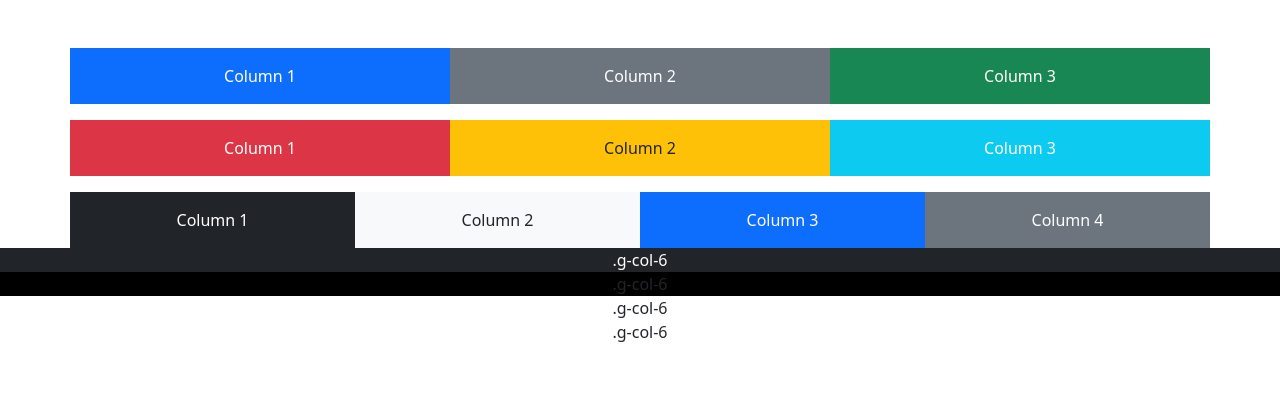
Repository: arunyerram/Web-TEChnologies
Page: grid.html
An editor plug-in stored every save of this project. The page is shown before and after a run of saves, followed by the edit.
The browser window is 1280 px wide. The pictures show the whole page.

Above is the page before, as saved 2025-02-25 12:58:09.

After the next 4 saves:
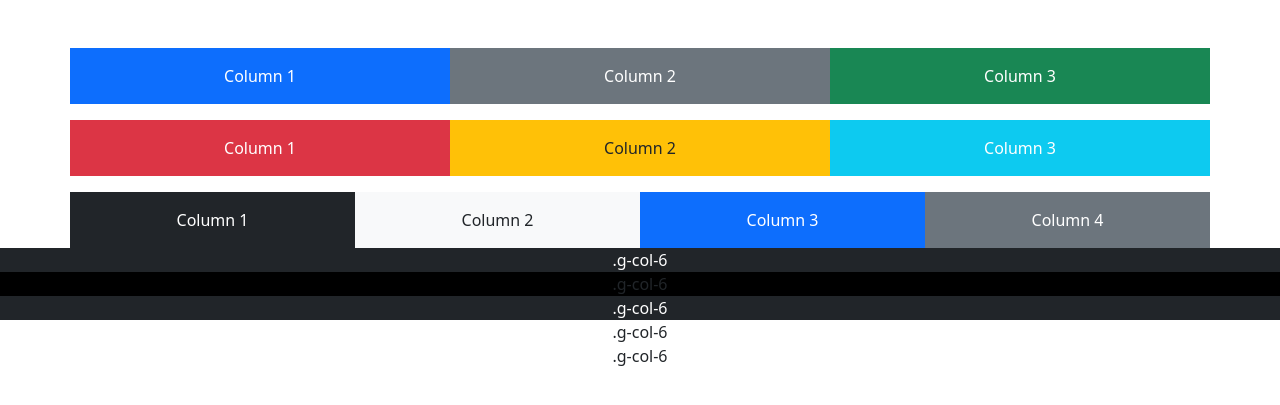
The 4 saves are shown as one change because they came seconds apart.
The last was saved 17 s later.
--- a/grid.html
+++ b/grid.html
@@ -33,8 +33,10 @@
     </div>
 
     <div class="grid text-center">
-        <div class="g-col-6 bg-dark text-white p-">.g-col-6</div>
-        <div class="g-col-6 bg-black">.g-col-6</div>
+        <div class="g-col-2 bg-dark text-white p-">.g-col-6</div>
+        <div class="g-col-2 bg-black">.g-col-6</div>
+        <div class="g-col-2 bg-dark text-white p-">.g-col-6</div>
+
 
         <div class="g-col-6   ">.g-col-6</div>
         <div class="g-col-6   ">.g-col-6</div>
